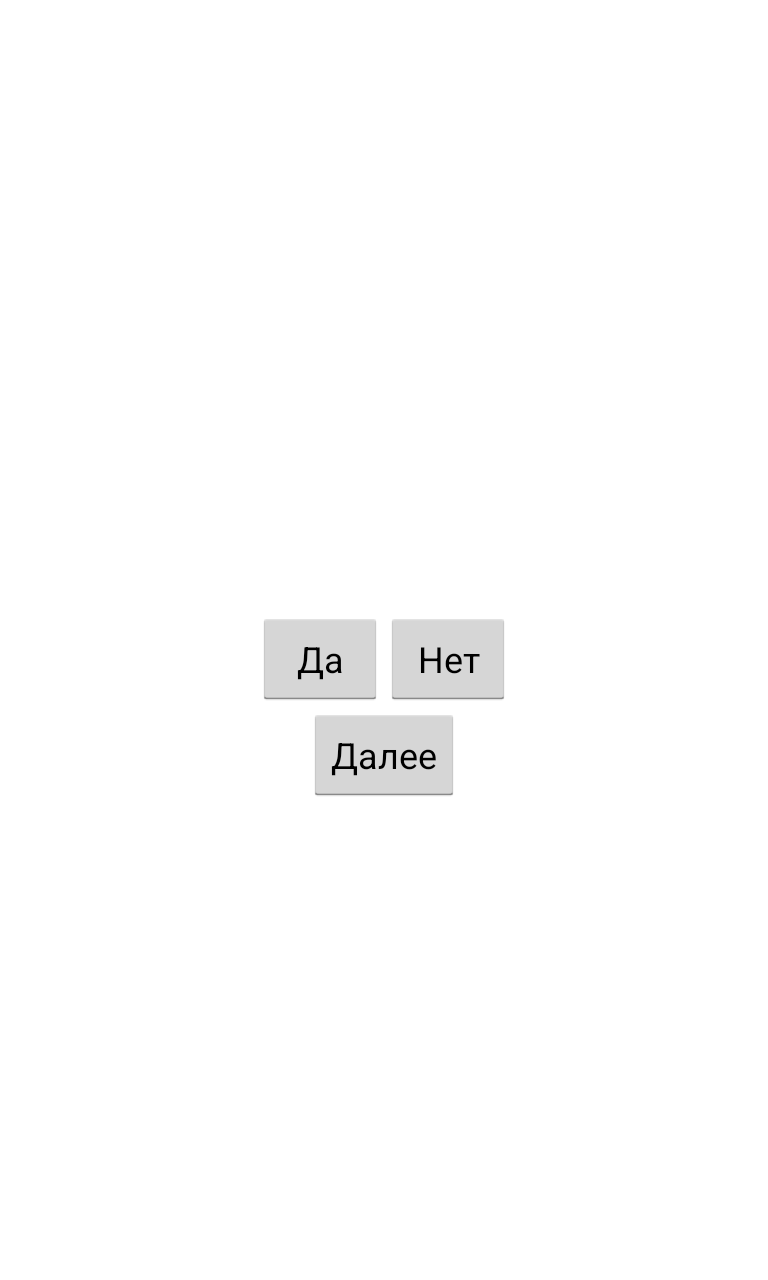
Repository: amukoseev/Android_projects
Layout: GeoQuiz/res/layout/activity_quiz.xml
An editor plug-in stored every save of this project. The layout is shown before and after the next save, followed by the edit.
It is drawn on a 768 x 1280 px phone screen (xhdpi) without system bars, with theme AppTheme; the app's code is not run.

Above is the layout before, as saved 2014-11-30 20:49:49.

After the next save:
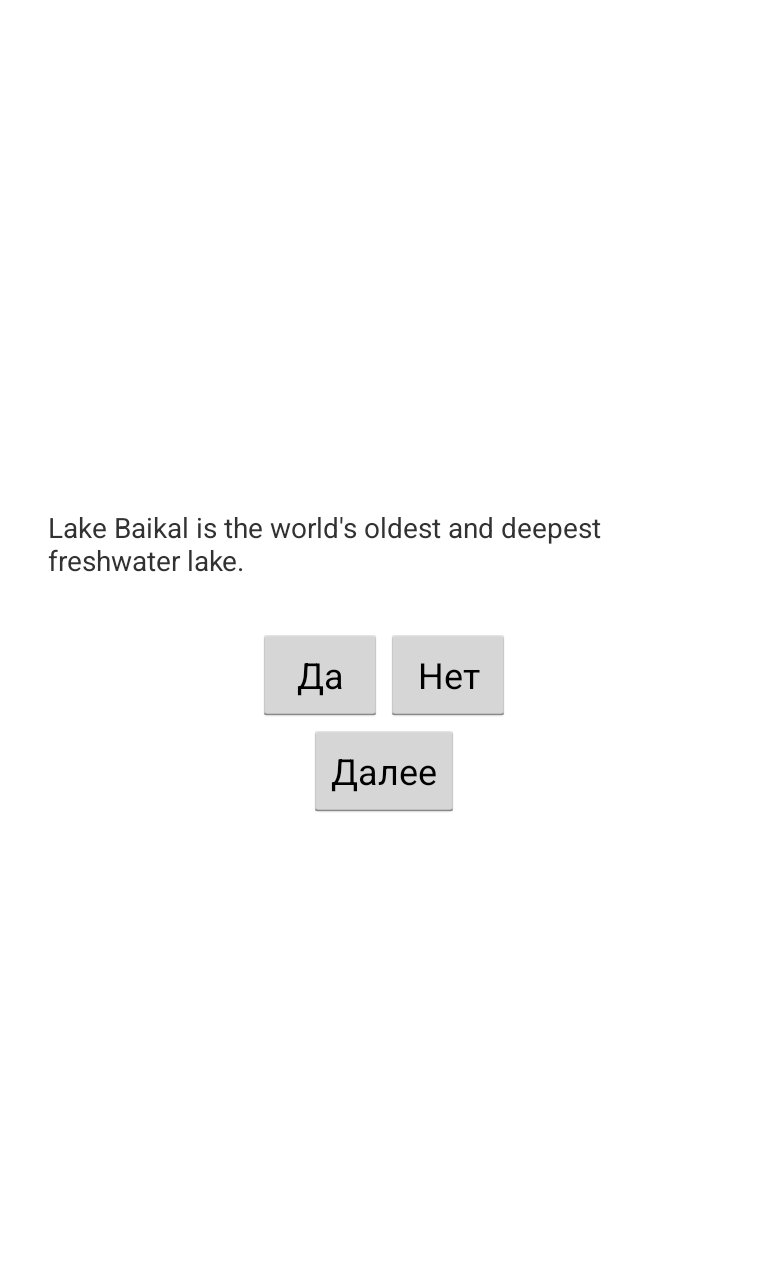
Saved 11 h 8 min later.
--- a/GeoQuiz/res/layout/activity_quiz.xml
+++ b/GeoQuiz/res/layout/activity_quiz.xml
@@ -8,6 +8,7 @@
 
     <TextView
         android:id="@+id/question_text_view"
+        android:text="@string/question_asia"
         android:layout_width="wrap_content"
         android:layout_height="wrap_content"
         android:padding="24dp" />
